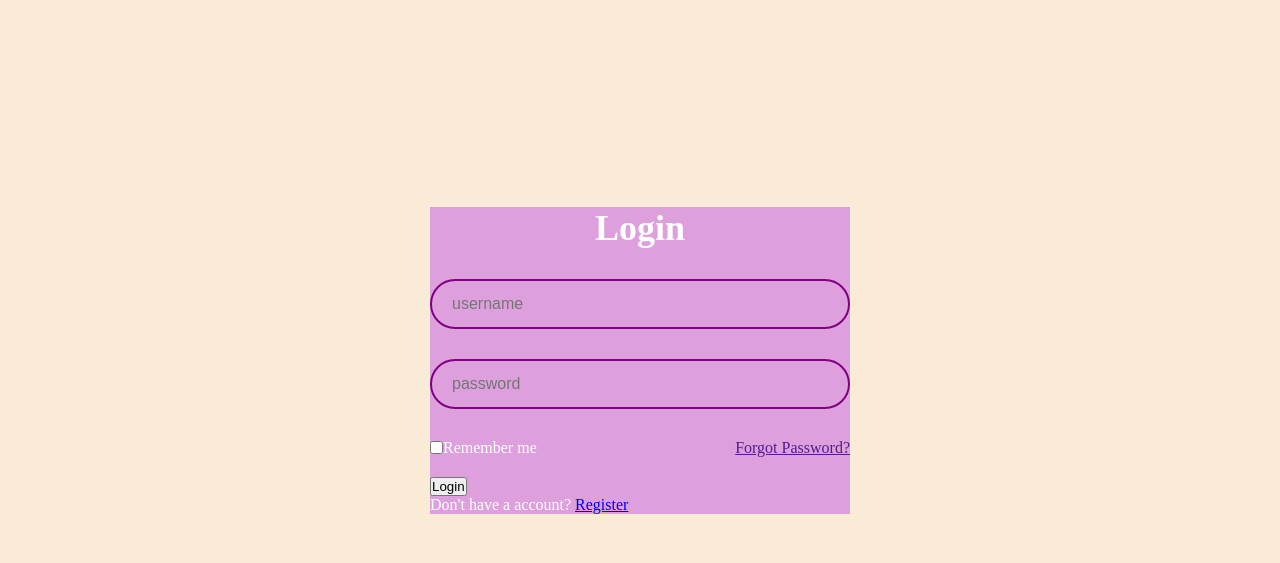
Repository: Kubraaygun/Html_Css_Login
Page: index.html
An editor plug-in stored every save of this project. The page is shown before and after the next save, followed by the edit.
The browser window is 1280 px wide. The pictures show the whole page.

Above is the page before, as saved 2025-03-05 19:36:58.

### index.html
<!DOCTYPE html>
<html lang="en">
  <head>
    <meta charset="UTF-8" />
    <meta name="viewport" content="width=device-width, initial-scale=1.0" />
    <title>HTML</title>
    <link rel="stylesheet" href="style.css" />
    <link
      rel="stylesheet"
      href="https://fonts.googleapis.com/icon?family=Material+Icons"
    />
  </head>

  <body>
    <div class="container">
      <form action="">
        <!-- Baslik -->
        <h1 class="login">Login</h1>

        <!-- input alanimiz -->

        <!-- surname -->
        <div class="input-box">
          <input type="text" required placeholder="username" />
        </div>

        <!-- Password -->
        <div class="input-box">
          <input type="password" required placeholder="password" />
        </div>

        <!-- Remember me Alani -->
        <div class="remember-me">
          <label>
            <input class="checkbox" type="checkbox" />Remember
            <span>&nbsp;</span>me
          </label>
          <a href="">Forgot Password?</a>
        </div>

        <!-- Button -->
        <button type="submit" class="button">Login</button>

        <!-- Register Link -->
        <div class="register-link">
          <p>Don't have a account? <a href="#"> Register</a></p>
        </div>
      </form>
    </div>
  </body>
</html>

### style.css
* {
  margin: 0;
  padding: 0;
  box-sizing: border-box;
}

body {
  display: flex;
  justify-content: center;
  align-items: center;
  min-height: 100vh; /* vh: Tarayici penceresinin yuksekligine gore yuzde olarak boyut belirler. 1vh pencere yuksekliginin %1ine esittir */
  background-color: antiquewhite;
}

.container {
  width: 420px;
  background-color: plum;
  color: white;
}

.login {
  font-size: 36px;
  text-align: center;
}
.input-box {
  width: 100%;
  height: 50px;
  margin: 30px 0;
}

input {
  width: 100%;
  height: 100%;
  background-color: transparent;
  border: none;
  outline: none;
  border: 2px solid purple;
  border-radius: 30px;
  font-size: 16px;
  color: purple;
  padding: 20px;
}
input:hover {
  background-color: pink;
}

.remember-me {
  display: flex;
  align-items: center;
  justify-content: space-between;
  font-size: 16px;
  margin: 20px 0;
  gap: 15px;
}

label {
  display: flex;
  align-items: center;
}

After the next save:
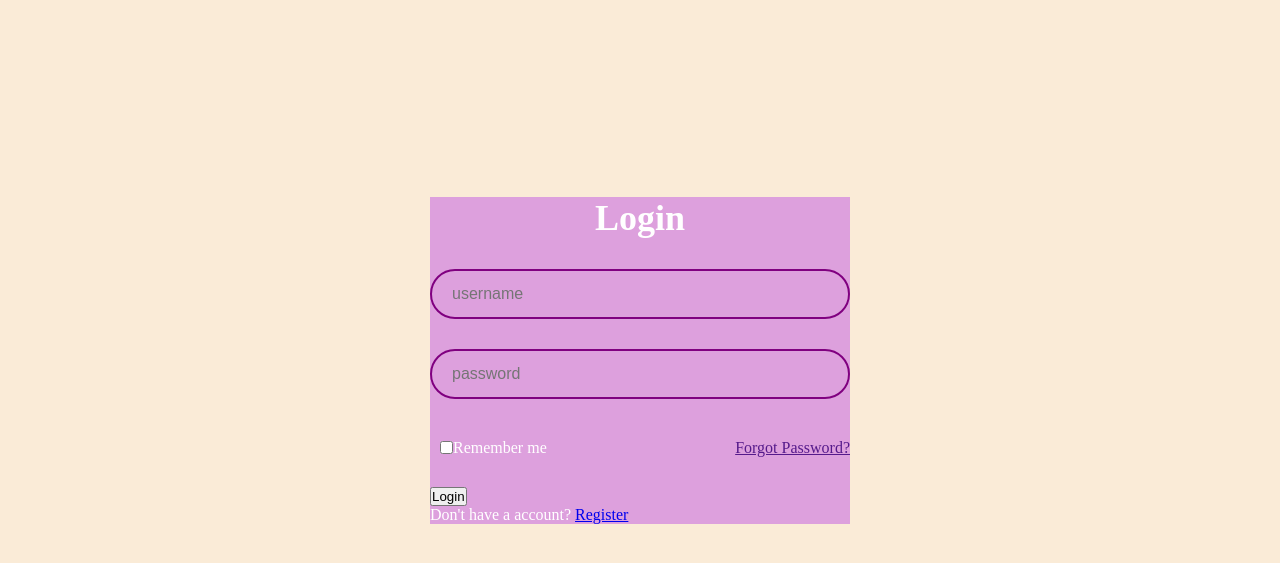
Saved 16 s later.
--- a/style.css
+++ b/style.css
@@ -50,10 +50,10 @@
   justify-content: space-between;
   font-size: 16px;
   margin: 20px 0;
-  gap: 15px;
 }
 
 label {
   display: flex;
   align-items: center;
+  padding: 10px;
 }

After the save that followed:
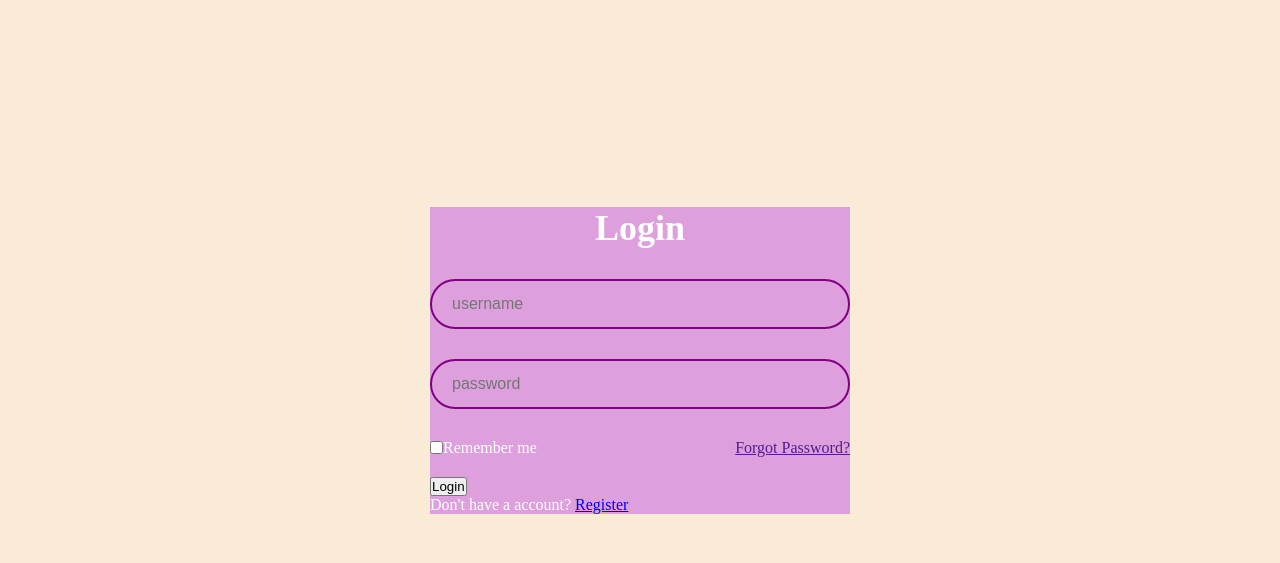
Saved 4 s later.
--- a/style.css
+++ b/style.css
@@ -55,5 +55,4 @@
 label {
   display: flex;
   align-items: center;
-  padding: 10px;
 }
